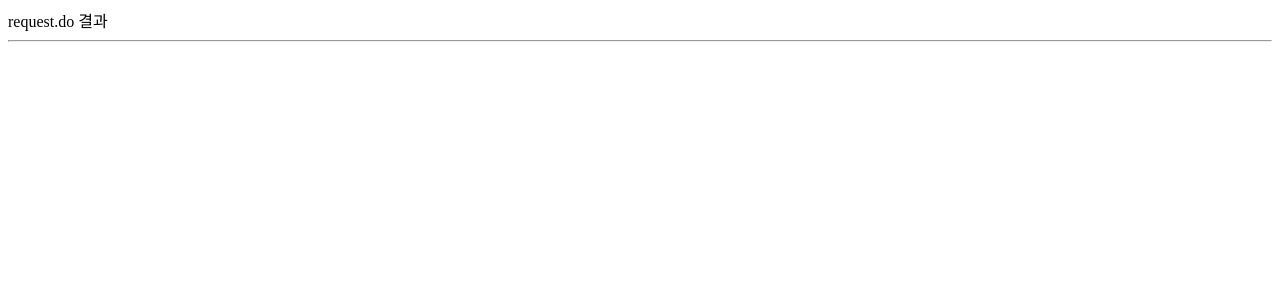
Repository: MinGyungJu/Springweb
Page: http://localhost/fSpringMVC/re/request.do
The author's editor kept a copy of each file at every save. The page is drawn from the files as they stood at one save, then again after a run of saves.
The browser window is 1280 px wide. The pictures show the whole page.
The page is served by Tomcat 9. Other server files are loaded and not shown.

Above is the page before, as saved 2022-11-10 06:15:01.

### fSpringMVC/src/main/webapp/WEB-INF/views/re/request.jsp
<%@ page language="java" contentType="text/html; charset=UTF-8"
    pageEncoding="UTF-8"%>
<!DOCTYPE html>
<html>
<head>
<meta charset="UTF-8">
<title>Insert title here</title>
</head>
<body>

request.do 결과 <hr/>

</body>
</html>

After the next 2 saves:
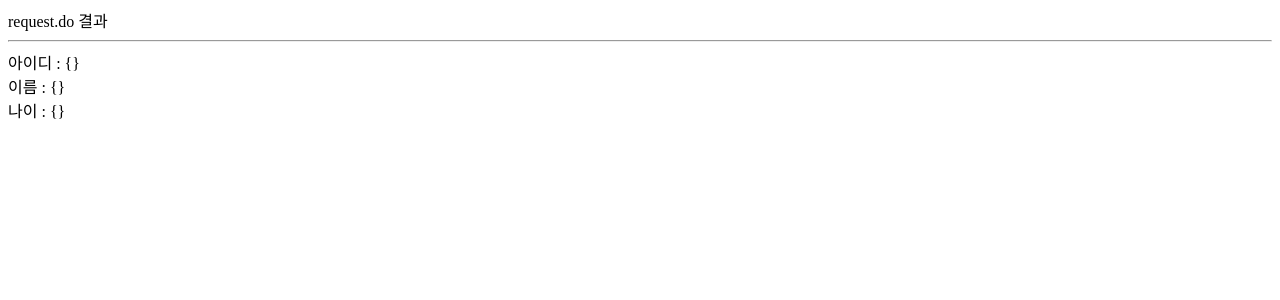
The 2 saves are shown as one change because 1 did not build or start.
The last was saved 18 min 12 s later.
--- a/fSpringMVC/src/main/webapp/WEB-INF/views/re/request.jsp
+++ b/fSpringMVC/src/main/webapp/WEB-INF/views/re/request.jsp
@@ -10,5 +10,10 @@
 
 request.do 결과 <hr/>
 
+아이디 : ${param} <br/>
+이름 : ${param} <br/>
+나이 : ${param} <br/>
+
+
 </body>
 </html>
